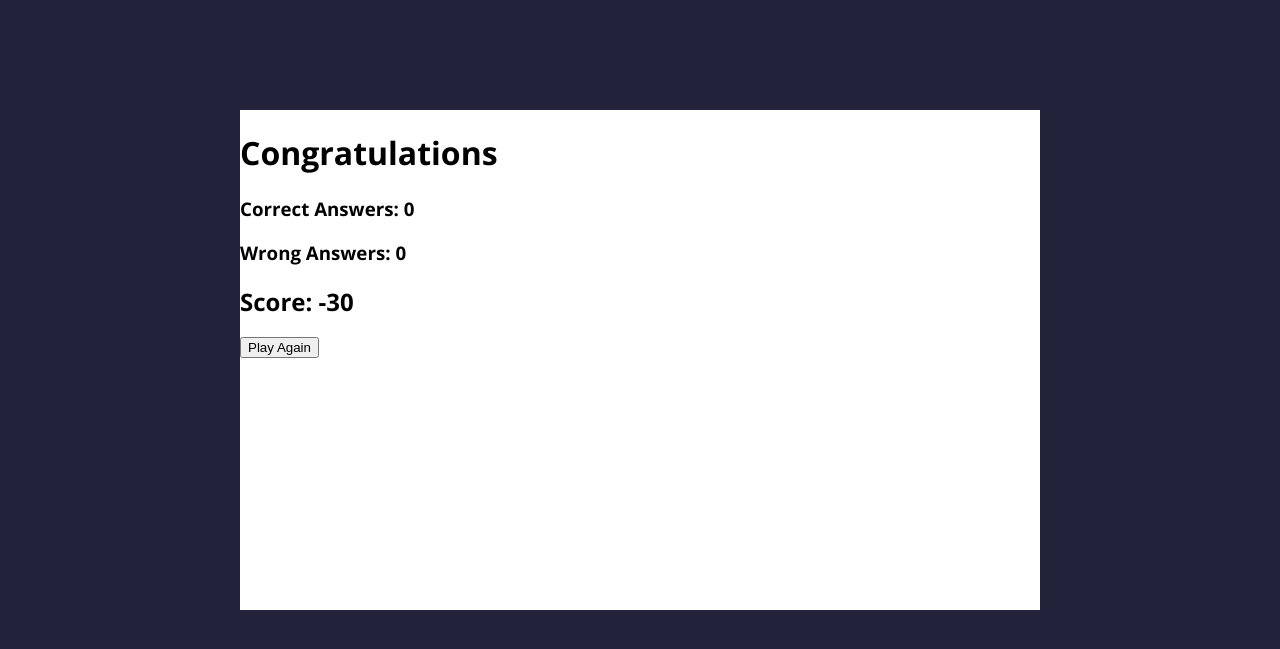
Repository: Wanglongzhi2001/Learn-javascript
Page: quiz/quiz.html
These files come from the project's save history. The page is drawn as it stood at one moment and after the next save; the edit follows.
The browser window is 1280 px wide. The pictures show the whole page.

Above is the page before, as saved 2023-02-02 19:43:19.

### quiz/quiz.html
<html lang="en">
<head>
    <meta charset="UTF-8">
    <meta http-equiv="X-UA-Compatible" content="IE=edge">
    <meta name="viewport" content="width=device-width, initial-scale=1.0">
    <!-- 使用谷歌字体 -->
    <link
      href="https://fonts.googleapis.com/css2?family=Open+Sans:wght@300;400;500;600;700;800&display=swap"
      rel="stylesheet"
    />
    <link rel="stylesheet" href="./quiz.css">
    <title>quiz project</title>
</head>
<body>
    <div class="container">
        <div class="game">
            <div class="content">
                <h1 class="question">Which of these fish is actually a fish?</h1>
                <div class="answers">
                    <div class="answer">
                        <input name="answer" type="radio" id="answer1" value="false">
                        <label for="answer1">Answer1</label>
                    </div>
                </div>
                <div class="answers">
                    <div class="answer">
                        <input name="answer" type="radio" id="answer2" value="false">
                        <label for="answer2">Answer2</label>
                    </div>
                </div>
                <div class="answers">
                    <div class="answer">
                        <input name="answer" type="radio" id="answer3" value="false">
                        <label for="answer3">Answer3</label>
                    </div>
                </div>
                <div class="answers">
                    <div class="answer">
                        <input name="answer" type="radio" id="answer4" value="false">
                        <label for="answer4">Answer4</label>
                    </div>
                </div>
            </div>
            <button class="submit">Submit</button>
        </div>
        <div class="result">
            <h1>Congratulations</h1>
            <h3 class="correct">Correct Answers: 0</h3>
            <h3 class="wrong">Wrong Answers: 0</h3>
            <h2 class="score">Score: -30</h2>
            <button class="play">Play Again</button>
        </div>
    </div>
    <script src="./quiz.js"></script>
</body>
</html>

### quiz/quiz.css
body{
    background-color: #22223b;
    display: flex;
    align-items: center;
    justify-content: center;
    font-family: "Open Sans", sans-serif;
}

.container{
    width: 800px;
    height: 500px;
    background-color: white;
    position: relative; /* 调整为相对位置使得提交按钮在contiainer底部而不是页面底部 */
}

.content{
    padding: 50px;
}

/* 调整问题字体大小 */
.question{
    font-size: 40px;
}

.answer{
    font-size: 24px;
    margin-bottom: 20px; /* 控制间距 */
    color:#333; /* 使字不那么黑，柔和一点 */
}
/* 使用绝对位置调整submit按钮位置 */
.submit{
    background-color: rebeccapurple;
    color: white;
    border: none;
    width: 100%;;
    height: 50px;
    cursor: pointer;
    position:absolute;
    bottom: 0;
}

.game{
    display: none;
}
.result{
    /* display: none; */
}

Loaded but not shown: quiz/quiz.js (no stored copy; drawn as an empty file)

After the next save:
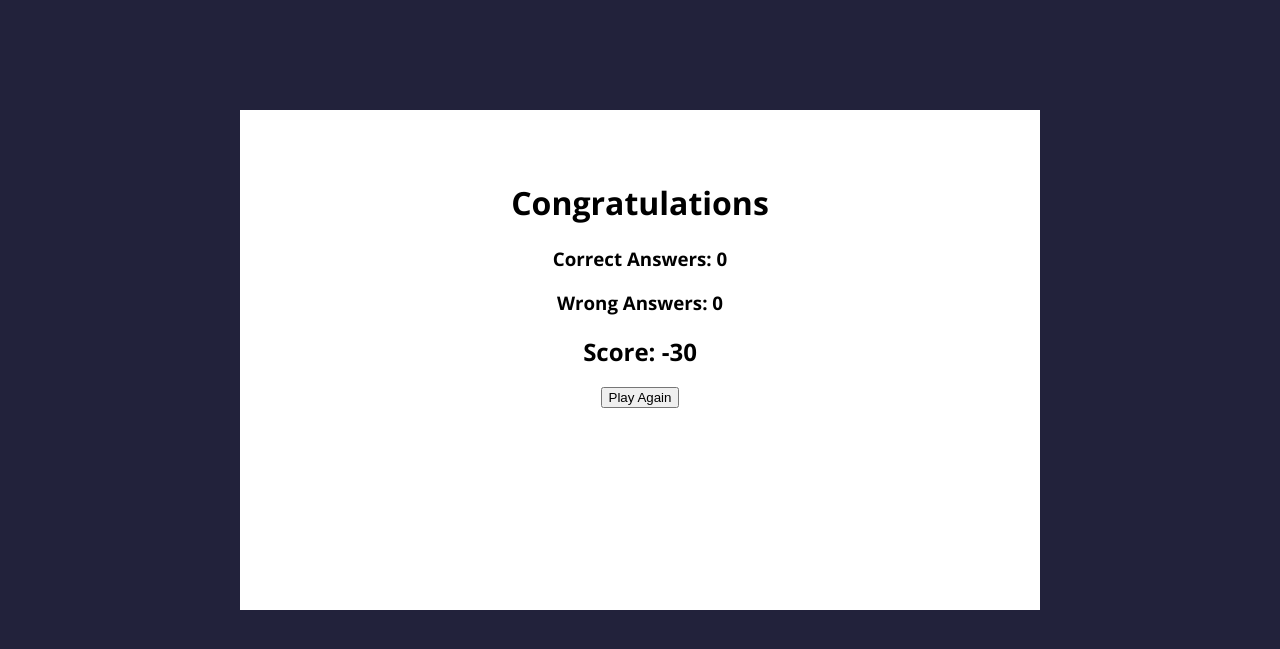
Saved 26 s later.
--- a/quiz/quiz.css
+++ b/quiz/quiz.css
@@ -44,4 +44,6 @@ body{
 }
 .result{
     /* display: none; */
+    padding: 50px;
+    text-align: center;
 }
